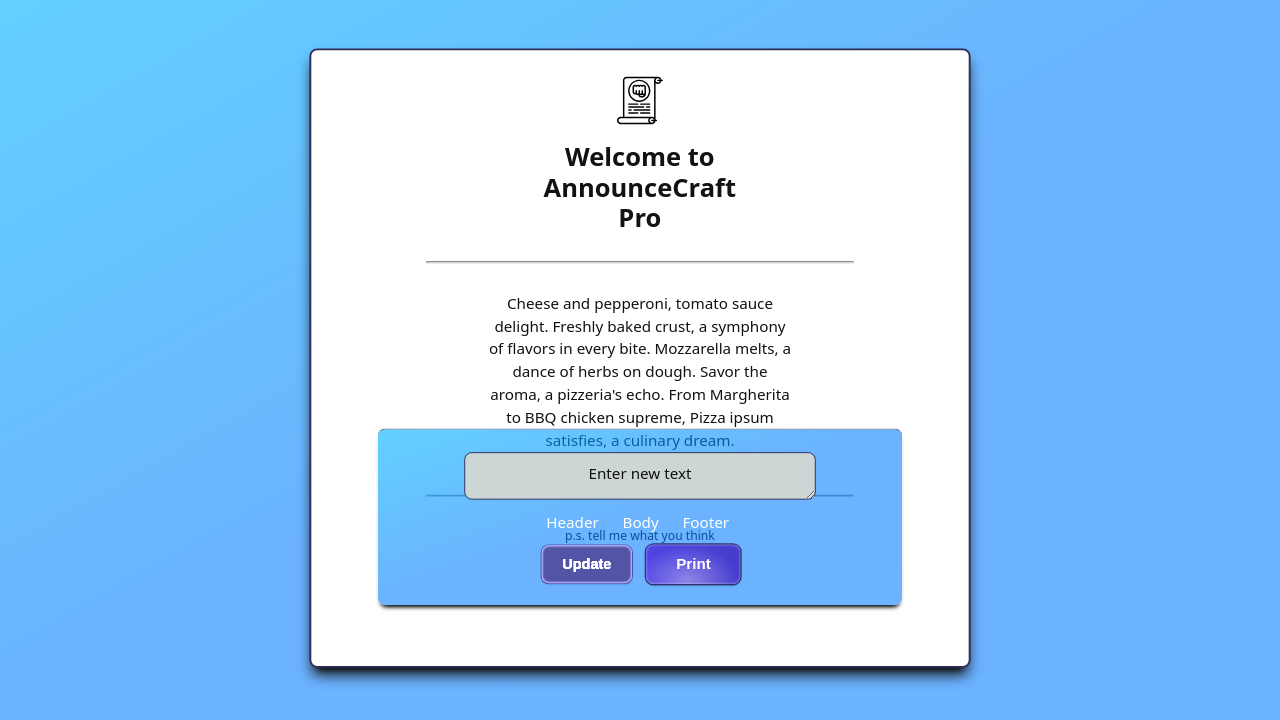
Repository: Freezler/AnnounceCraft
Page: index.html
These files come from the project's save history. The page is drawn as it stood at one moment and after the next save; the edit follows.
The browser window is 1280 px wide. The pictures show the whole page.
The first visible `.btn` is being pressed.

Above is the page before, as saved 2024-01-22 20:50:51.

After the next save:
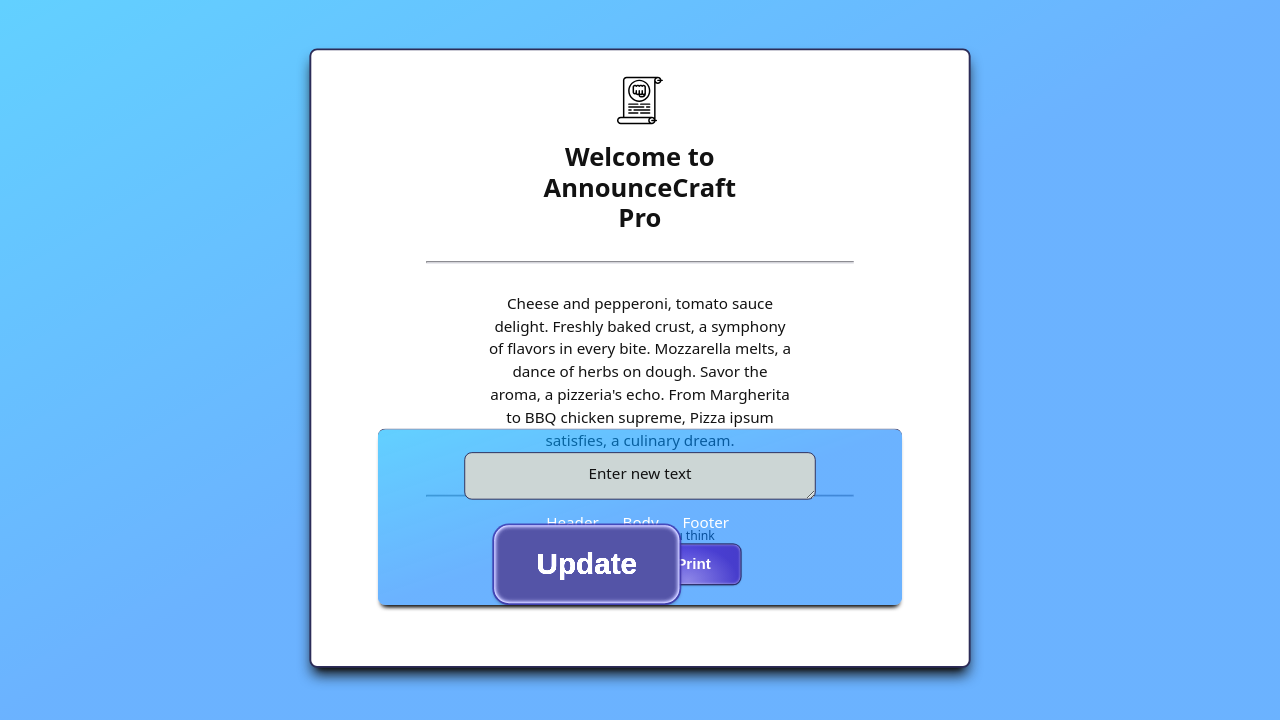
Saved 29 s later.
--- a/style.css
+++ b/style.css
@@ -304,5 +304,5 @@ svg {
 
 
 .btn:active {
-    transform: scale(.95);
-}
+    transform: scale(1.95);
+}
